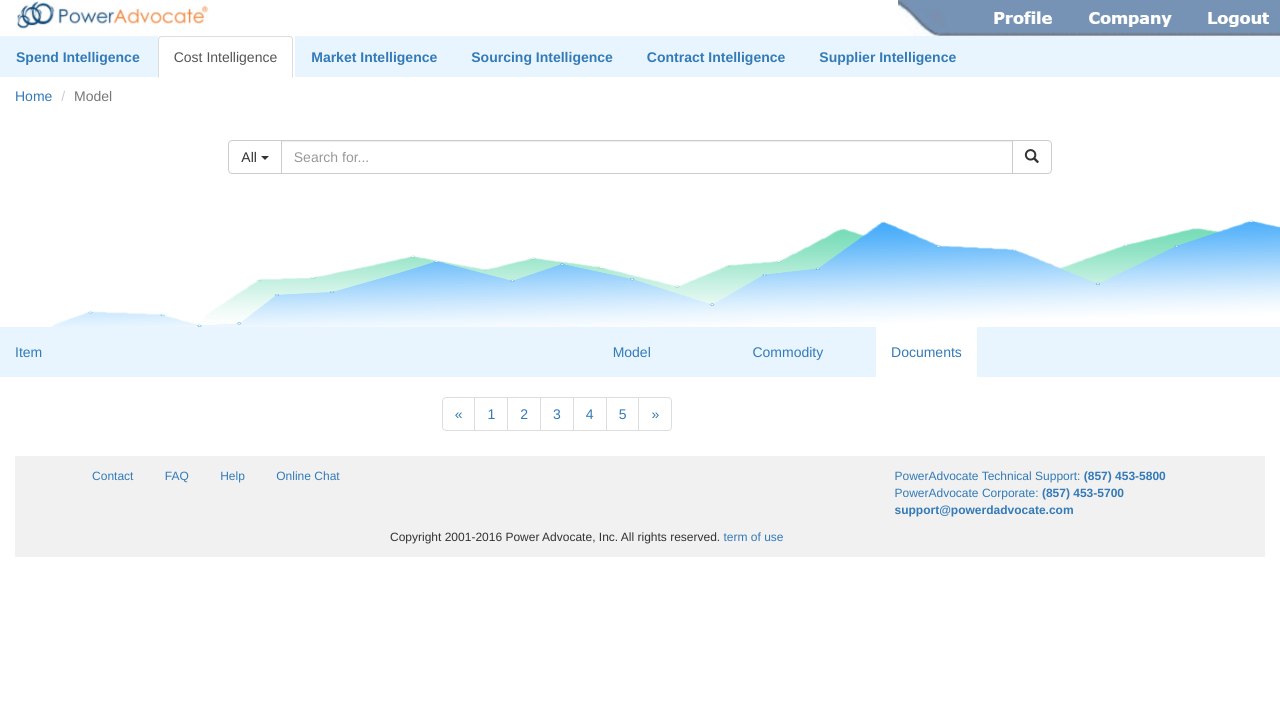
Repository: SamiraMansouri/PowerAdvocate-CostIntelligence-Application-new-Design-using-UserExperience-Method-
Page: http://localhost/PowerAdvocate/WEB-INF/views/Documents.jsp
These files come from the project's save history. The page is drawn as it stood at one moment and after a run of saves; the edit follows.
The browser window is 1280 px wide. The pictures show the whole page.
The page is served by Tomcat 9. Nobody is signed in. Other server files are loaded and not shown. The template is opened directly, without the code that normally fills it, so the values that code supplies are empty.

Above is the page before, as saved 2016-04-25 05:48:10.

### PowerAdvocate-Prototype/PowerAdvocate/src/main/webapp/WEB-INF/views/Documents.jsp
<!DOCTYPE html>
<html lang="en">
<head>
<title>Documents</title>
<meta charset="utf-8">
<meta name="viewport" content="width=device-width, initial-scale=1">
<link rel="stylesheet"
	href="http://maxcdn.bootstrapcdn.com/bootstrap/3.3.6/css/bootstrap.min.css">
<script
	src="https://ajax.googleapis.com/ajax/libs/jquery/1.12.0/jquery.min.js"></script>
<script
	src="http://maxcdn.bootstrapcdn.com/bootstrap/3.3.6/js/bootstrap.min.js"></script>
</head>
<style>
.nav .navbar-nav>li>a:hover, .navbar-default .navbar-nav>li>a:focus {
	color: #ffff; /*Sets the text hover color on navbar*/
}

.nav .nav-tabs>.active>a, .nav .nav-tabs>.active>a:hover, .nav .nav-tabs>.active>a:focus
	{
	color: black; /*BACKGROUND color for active*/
	background-color: red;
}

.nav {
	background-color: #e8f5fe;
	border-color: white;
}

.nav>li>a:hover, .nav>li>a:focus {
	text-decoration: none;
	background-color: silver; /*Change rollover cell color here*/
}

.navbar-default .navbar-nav>li>a {
	color: white; /*Change active text color here*/
}

.top-buffer {
	margin-top: 3%;
}

.nav .nav-tabs {
	display: inline-block;
	float: none;
	vertical-align: top;
}

.nav .navbar-collapse {
	text-align: center;
}

#bs-example-navbar-collapse-1 {
	padding: 0;
}

lineblue {
	border-bottom: 5pt solid black;
}

.navbar-nav {
	width: 100%;
	text-align: center; > li { float : none;
	display: inline-block;
}

}
.active {
	background-color: #fff;
}

.btn-warning.btn-outline {
	color: #f0ad4e;
}

.btn-warning.btn-outline:hover {
	color: #fff;
}

.btn-outline {
	background-color: transparent;
	color: inherit;
	transition: all .5s;
}

.footer {
	background-color: #F1F1F1;
	padding-top: 1%;
	font-size: 12px;
}

#col1 li {
	display: inline;
	text-decoration: none;
	padding-left: 5%;
}

#col1 ul {
	padding-left: 0;
}

#col2 li {
	text-decoration: none;
	padding-left: 35%;
	list-style-type: none;
}
.image
{
padding-right:0;

}
ul.nav a:hover { background-color: #e8f5fe; font-weight:bold; !important; }
</style>
<body>

	<div class="container-fluid">
		<div class="row">
			<div class="col-md-4 ">
				<img src="resources/img/pa.png" alt="logo"
					style="width: 50%; height: 30%;">
			</div>
			<div class="col-md-8 image">
				<span class="pull-right "> <img src="resources/img/menu.png"
					class="pull-right " alt="logo" style="width: 60%; height: 30%;">
				</span>
			</div>
		</div>

		<!--end of row-->
		<div class="row">
			<ul class="nav nav-tabs">
				<li role="presentation"><a href="#"><b>Spend
							Intelligence</b></a></li>
				<li role="presentation" class="active"><a href="#">Cost
						Intelligence</a></li>
				<li role="presentation"><a href="#"><b>Market
							Intelligence</b></a></li>
				<li role="presentation"><a href="#"><b>Sourcing
							Intelligence</b></a></li>
				<li role="presentation"><a href="#"><b>Contract
							Intelligence</b></a></li>
				<li role="presentation"><a href="#"><b>Supplier
							Intelligence</b></a></li>
			</ul>
		</div>
		<!--end of row-->

		<div class="row">
			<ol class="breadcrumb"
				style="margin-bottom: 2%; background-color: #fff;">
				<li><a href="/prototype/home">Home</a></li>
				<li class="active">Model</li>
			</ol>
		</div>
		<!-- bread crumb -->

		<div class="row">
			<div class="col-lg-2"></div>
			<div class="col-lg-8">
				<div class="input-group">
					<div class="input-group-btn">
						<button type="button" class="btn btn-default dropdown-toggle"
							data-toggle="dropdown" aria-haspopup="true" aria-expanded="false">
							All <span class="caret"></span>
						</button>
						<ul class="dropdown-menu">
							<li><a href="#">All</a></li>
							<li role="separator" class="divider"></li>
							<li><a href="#">Model</a></li>
							<li><a href="#">Item</a></li>
							<li><a href="#">Commodity</a></li>
						</ul>
					</div>
					<!-- btn-group -->

					<input type="text" class="form-control" placeholder="Search for..." />
					<span class="input-group-btn">
						<button class="btn btn-default" type="button">
							<span class="glyphicon glyphicon-search" aria-hidden="true"></span>
						</button>
					</span>
				</div>
				<!-- /input-group -->
			</div>
			<!-- lg-8 -->
			<div class="col-lg-2"></div>
		</div>
		<!-- /row -->

		<div class="row">
			<div class="col-md-12 image">
				<img  src="resources/img/background_less.png" alt="logo"
					style="width: 100%; height: 115px; margin-top:3%;">
			</div>
		</div>
		<!-- row -->

		<div class="row">
			<div class=" collapse navbar-collapse "
				id="bs-example-navbar-collapse-1">
				<ul class="nav navbar-nav">
				<li><a href="#"></a></li>
				<li><a href="#"></a></li>
				<li><a href="#"></a></li>
				<li><a href="#"></a></li>
				<li><a href="#"></a></li>
				<li><a href="#"></a></li>
				<li><a href="#"></a></li>
				<li><a href="#"></a></li>
					<li ><a href="/prototype/home" >Model</a></li>
									<li><a href="#"></a></li>
					<li class="pull-left"><a href="/prototype/Item">Item</a></li>
									<li><a href="#"></a></li>
					<li><a href="/prototype/Commodity">Commodity</a></li>
									<li><a href="#"></a></li>
					<li class="active"><a href="#">Documents</a></li>
									<li><a href="#"></a></li>
				</ul>
			</div>
			<!-- /.navbar-collapse -->
		</div>


	<!-- footer -->
	<div class="row">
		<div class="col-md-2"></div>
		<div class="col-md-2"></div>
		<div class="col-md-8 ">
			<nav>
				<ul class="pagination">
					<li><a href="#" aria-label="Previous"> <span
							aria-hidden="true">&laquo;</span>
					</a></li>
					<li><a href="#">1</a></li>
					<li><a href="#">2</a></li>
					<li><a href="#">3</a></li>
					<li><a href="#">4</a></li>
					<li><a href="#">5</a></li>
					<li><a href="#" aria-label="Next"> <span
							aria-hidden="true">&raquo;</span>
					</a></li>
				</ul>
			</nav>
		</div>
	</div>
	<!--pagination-->
	<!--footer-->
	<div class="footer">
		<div class="row ">
			<div class="col-md-6" id="col1" style="padding-left: 5%;">
				<ul>
					<li><a src="#"> Contact</a></li>
					<li><a src="#"> FAQ </a></li>
					<li><a src="#"> Help</a></li>
					<li><a src="#"> Online Chat</a></li>
				</ul>
			</div>

			<div class="col-md-6" id="col2">
				<ul>
					<li><a src="#"> PowerAdvocate Technical Support:<b> (857)
							453-5800</b></a></li>
					<li><a src="#"> PowerAdvocate Corporate: <b>(857) 453-5700 </b></a></li>
					<li><a src="#"><b>support@powerdadvocate.com</b> </a></li>
				</ul>
			</div>
		</div>
		<div class="row">
			<div class="col-md-12">
				<p style="padding-left: 30%;">
					Copyright 2001-2016 Power Advocate, Inc. All rights reserved.<a
						src="#"> term of use </a>
				</p>
			</div>
		</div>
	</div>
	<!-- end of footer-->


	</div>
</body>
</html>

After the next 2 saves:
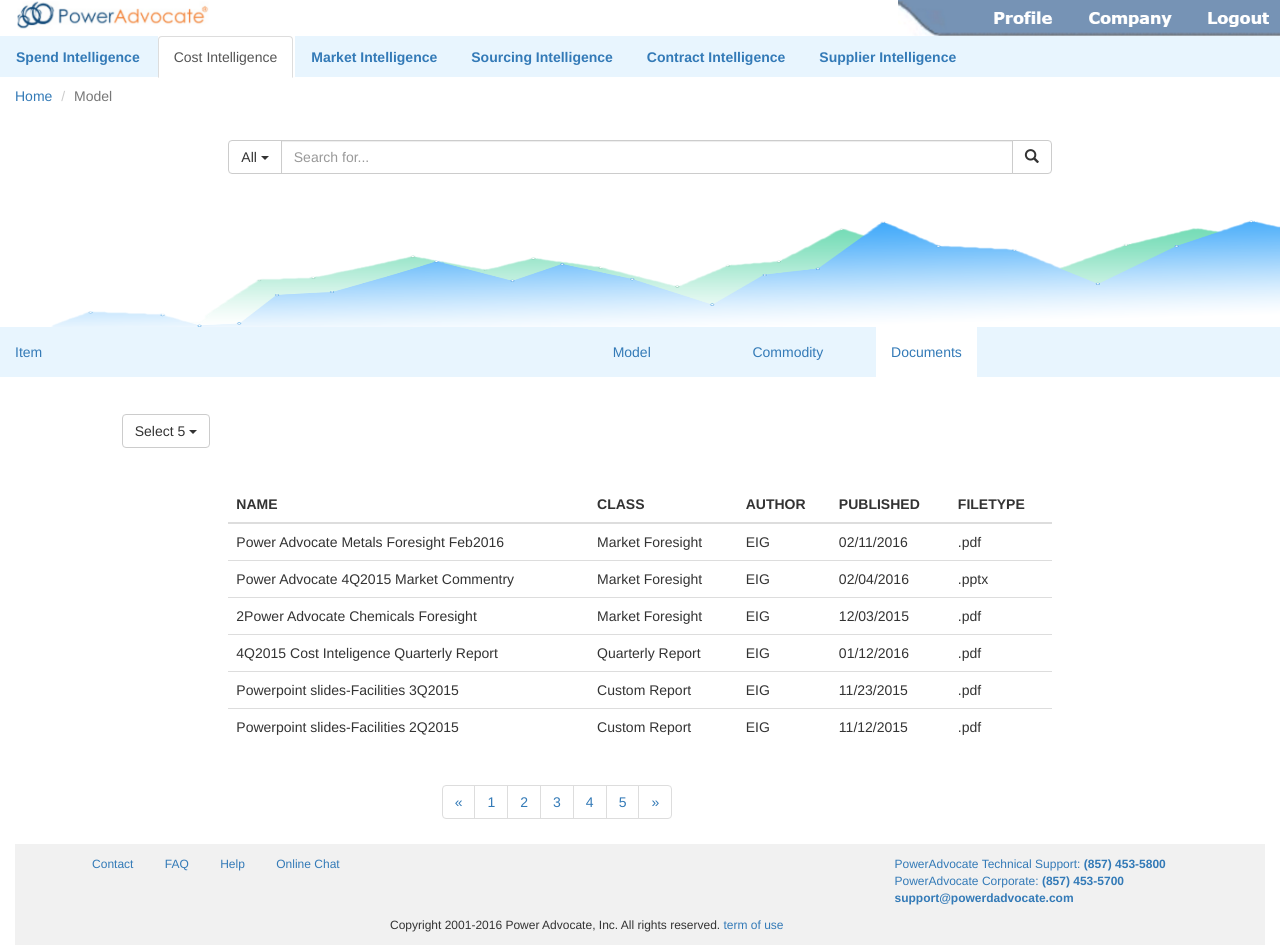
The 2 saves are shown as one change because they came seconds apart.
The last was saved 2 min 7 s later.
--- a/PowerAdvocate-Prototype/PowerAdvocate/src/main/webapp/WEB-INF/views/Documents.jsp
+++ b/PowerAdvocate-Prototype/PowerAdvocate/src/main/webapp/WEB-INF/views/Documents.jsp
@@ -220,8 +220,85 @@
 			<!-- /.navbar-collapse -->
 		</div>
 
-
-	<!-- footer -->
+		 <div class="row top-buffer ">
+    	<div class="col-md-1"></div>
+    	<div class="col-md-2">
+    		  <div class="dropdown pull-left">
+  						<button class="btn btn-default dropdown-toggle" type="button" id="dropdownMenu2" data-toggle="dropdown" aria-haspopup="true" aria-expanded="false">
+    							Select 5
+    						<span class="caret"></span>
+  						</button>
+  							<ul class="dropdown-menu" aria-labelledby="dropdownMenu2">
+    							<li><a href="#">Select 5</a></li>
+    							<li><a href="#">Select 10</a></li>
+    							<li><a href="#">Select 50</a></li>
+    							<li><a href="#">Select 100</a></li>
+  							</ul>
+			   </div>
+    	</div>
+    </div>
+
+    <div class="row top-buffer ">
+    	<div class="col-sm-2"></div>
+    	<div class="col-sm-8">
+    		<table class="table table-hover">
+    					<thead>
+      						<tr>
+        						<th>NAME</th>
+                    <th>CLASS</th>
+        						<th>AUTHOR </th>
+        						<th>PUBLISHED</th>
+                    <th>FILETYPE</th>
+      						</tr>
+    					</thead>
+    					<tbody>
+      							<tr>
+        							<td>Power Advocate Metals Foresight Feb2016</td>
+                      <td>Market Foresight</td>
+        							<td>EIG </td>
+        							<td>02/11/2016</td>
+                      <td>.pdf</td>
+      							</tr>
+      							<tr>
+        							<td>Power Advocate 4Q2015 Market Commentry</td>
+                      <td>Market Foresight</td>
+        							<td>EIG </td>
+        							<td>02/04/2016</td>
+                      <td>.pptx</td>
+      							</tr>
+      							<tr>
+        							<td>2Power Advocate Chemicals Foresight </td>
+                      <td>Market Foresight</td>
+        							<td>EIG </td>
+        							<td>12/03/2015</td>
+                      <td>.pdf</td>
+      							</tr>
+      							<tr>
+        							<td>4Q2015 Cost Inteligence Quarterly Report</td>
+                      <td>Quarterly Report</td>
+                      <td>EIG </td>
+        							<td>01/12/2016</td>
+                      <td>.pdf</td>
+      							</tr>
+      							<tr>
+        							<td>Powerpoint slides-Facilities 3Q2015</td>
+                      <td>Custom Report</td>
+        							<td>EIG </td>
+        							<td>11/23/2015</td>
+                      <td>.pdf</td>
+      							</tr>
+                    <tr>
+                      <td>Powerpoint slides-Facilities 2Q2015</td>
+                      <td>Custom Report</td>
+                      <td>EIG </td>
+                      <td>11/12/2015</td>
+                      <td>.pdf</td>
+                    </tr>
+    					</tbody>
+    			</table>
+    	</div>
+    </div>
+	<!-- pagination -->
 	<div class="row">
 		<div class="col-md-2"></div>
 		<div class="col-md-2"></div>
